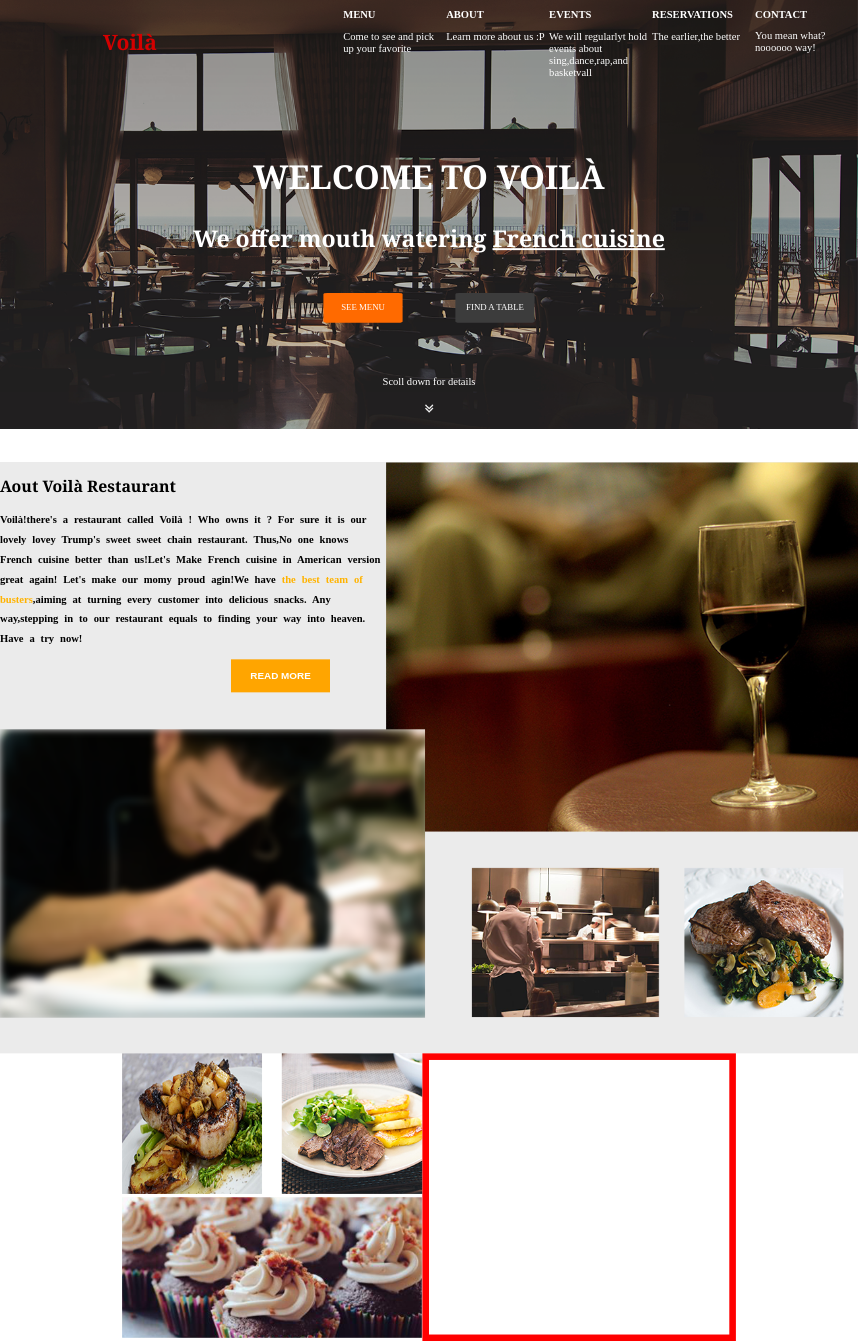
Repository: sis-shen/HTML_vsc
Page: adc_v2/index.html
These files come from the project's save history. The page is drawn as it stood at one moment and after the next save; the edit follows.
The browser window is 1280 px wide. The page is 1300 px wide, so the pictures cover 1300 px, including what lies to the right of the window. The pictures show the whole page, at 66% of full size.

Above is the page before, as saved 2023-08-17 09:29:10.

After the next save:
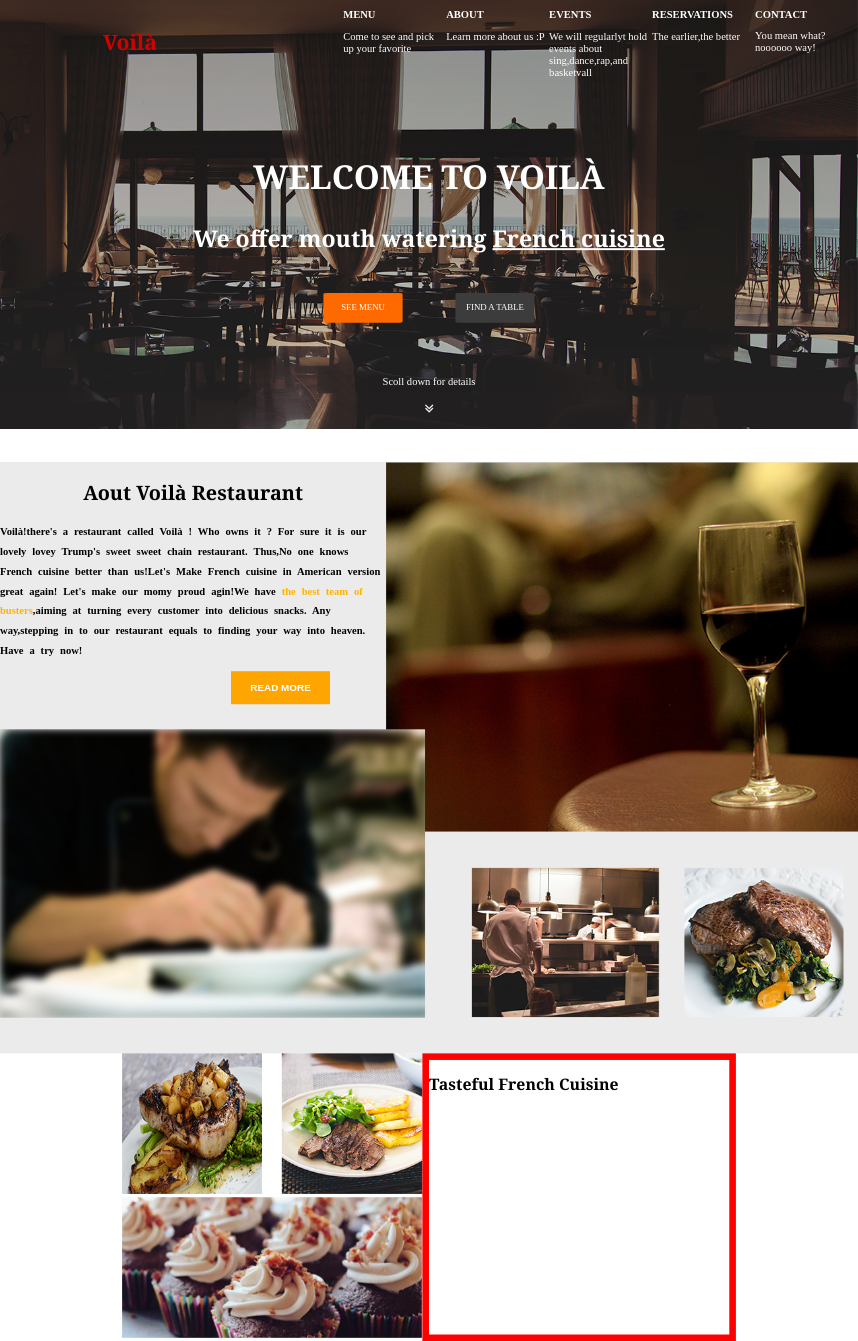
Saved 57 s later.
--- a/adc_v2/index.html
+++ b/adc_v2/index.html
@@ -51,7 +51,7 @@
     <div class="top2-box">
         <div class="up-box">
             <div class="up-left">
-                <h2>Aout Voilà Restaurant</h2>
+                <h2 class="h2-title">Aout Voilà Restaurant</h2>
                 <p>Voilà!there's a restaurant called Voilà ! Who owns it ? For sure it is our lovely lovey Trump's sweet sweet chain restaurant. Thus,No one knows French cuisine better than us!Let's Make French cuisine in American version great again! Let's make our momy proud agin!We have <a href="https://g.nga.cn/read.php?tid=22017775&rand=757" target="_blank"> the best team of busters</a>,aiming at turning every customer into delicious snacks. Any way,stepping in to our restaurant equals to finding your way into heaven. Have a try now!</p>
 
                 <a href="about.index" target="_blank"><button>READ MORE</button></a>
@@ -90,7 +90,11 @@
             </div>
         </div>
 
-        <div class="right-p"></div>
+        <div class="right-p">
+            <h2 class="h2-titlr">Tasteful French Cuisine</h2>
+
+
+        </div>
 
 
     </div>
